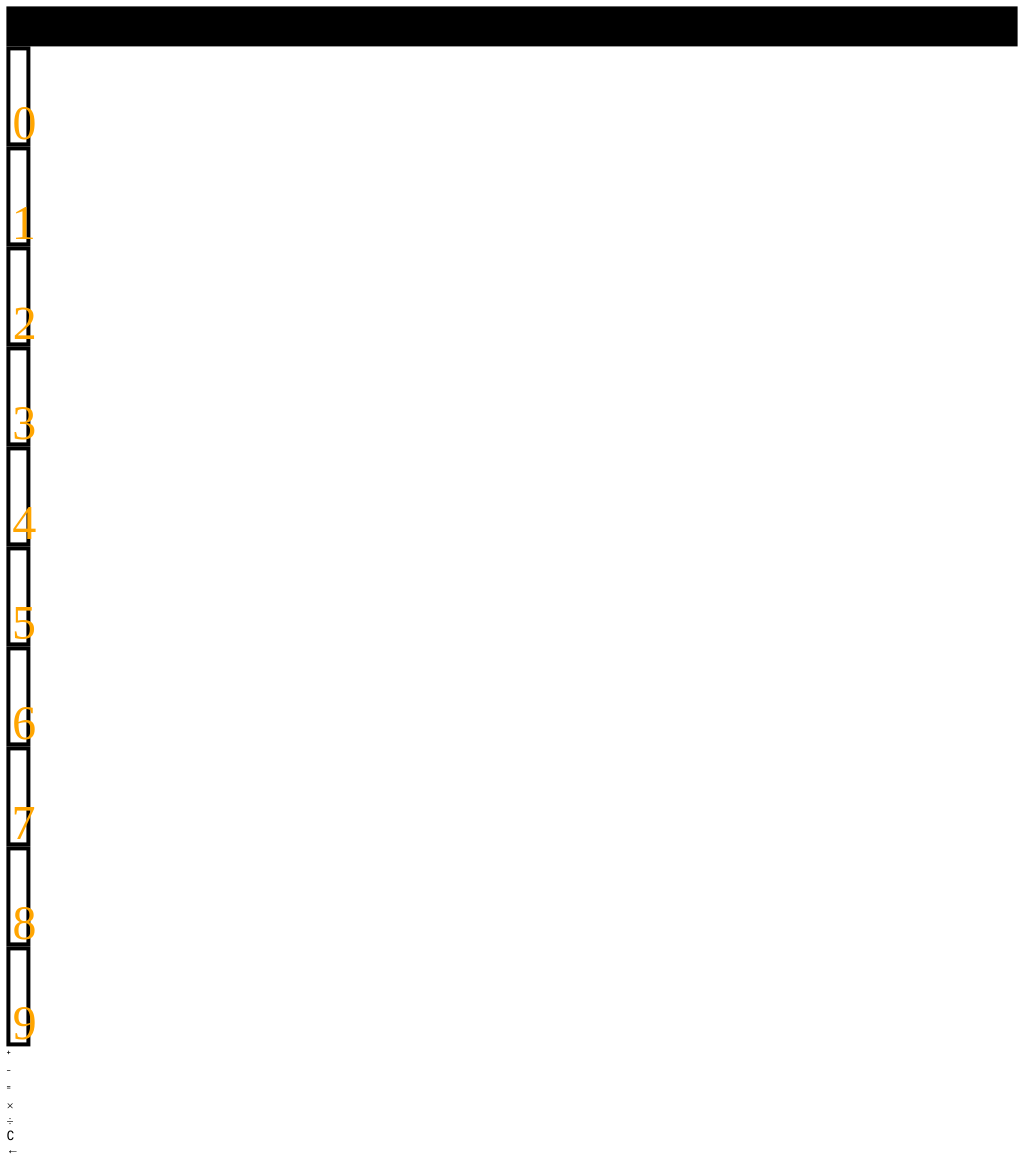
Repository: TEazy2433/LAB-calculator
Page: index.html
These files come from the project's save history. The page is drawn as it stood at one moment and after the next save; the edit follows.
The browser window is 1280 px wide. The pictures show the whole page, at 80% of full size.

Above is the page before, as saved 2023-10-12 20:57:56.

### index.html
<!DOCTYPE html>
<html lang="en">
<head>
  <meta charset="UTF-8">
  <meta name="viewport" content="width=device-width, initial-scale=1.0">
  <title>calculator</title>
  <link rel="stylesheet" href="main.css">
</head>
<body>
  <div class="container"></div>
    <div class="display"></div>
    <div class="buttons"></div>
      <div class="numbers"></div>
        <div class="number">&#8320;</div>
        <div class="number">&#8321;</div>
        <div class="number">&#8322;</div>
        <div class="number">&#8323;</div>
        <div class="number">&#8324;</div>
        <div class="number">&#8325;</div>
        <div class="number">&#8326;</div>
        <div class="number">&#8327;</div>
        <div class="number">&#8328;</div>
        <div class="number">&#8329;</div>
        <div class="operator">&#8314;</div>
        <div class="operator">&#8315;</div>
        <div class="operator">&#8316;</div>
        <div class="operator">&#215;</div>
        <div class="operator">&#247;</div>
        <div class="clear">&#8705;</div>
        <div class="arrow">&#8592;</div>
    </div>
  </div>
</body>
</html>

### main.css
.container{
  background-color: white;
  width: 500%;
  margin: auto;
}

.container{
  width: 100%;
  background-color: black;
  height: 50px;
  font-size: 48px;
  display: flex;
  justify-content: flex-end;
}
.number{
  font-size: 100px;
  width: 20px;
  border: solid black 5px;
  color: orange;
}

After the next save:
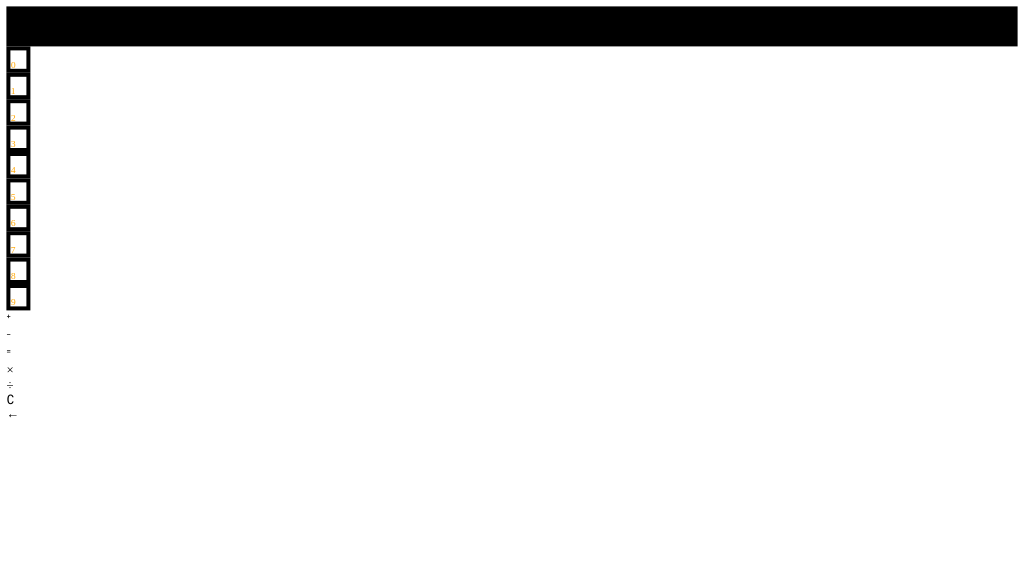
Saved 16 s later.
--- a/main.css
+++ b/main.css
@@ -13,7 +13,7 @@
   justify-content: flex-end;
 }
 .number{
-  font-size: 100px;
+  font-size: 20px;
   width: 20px;
   border: solid black 5px;
   color: orange;
